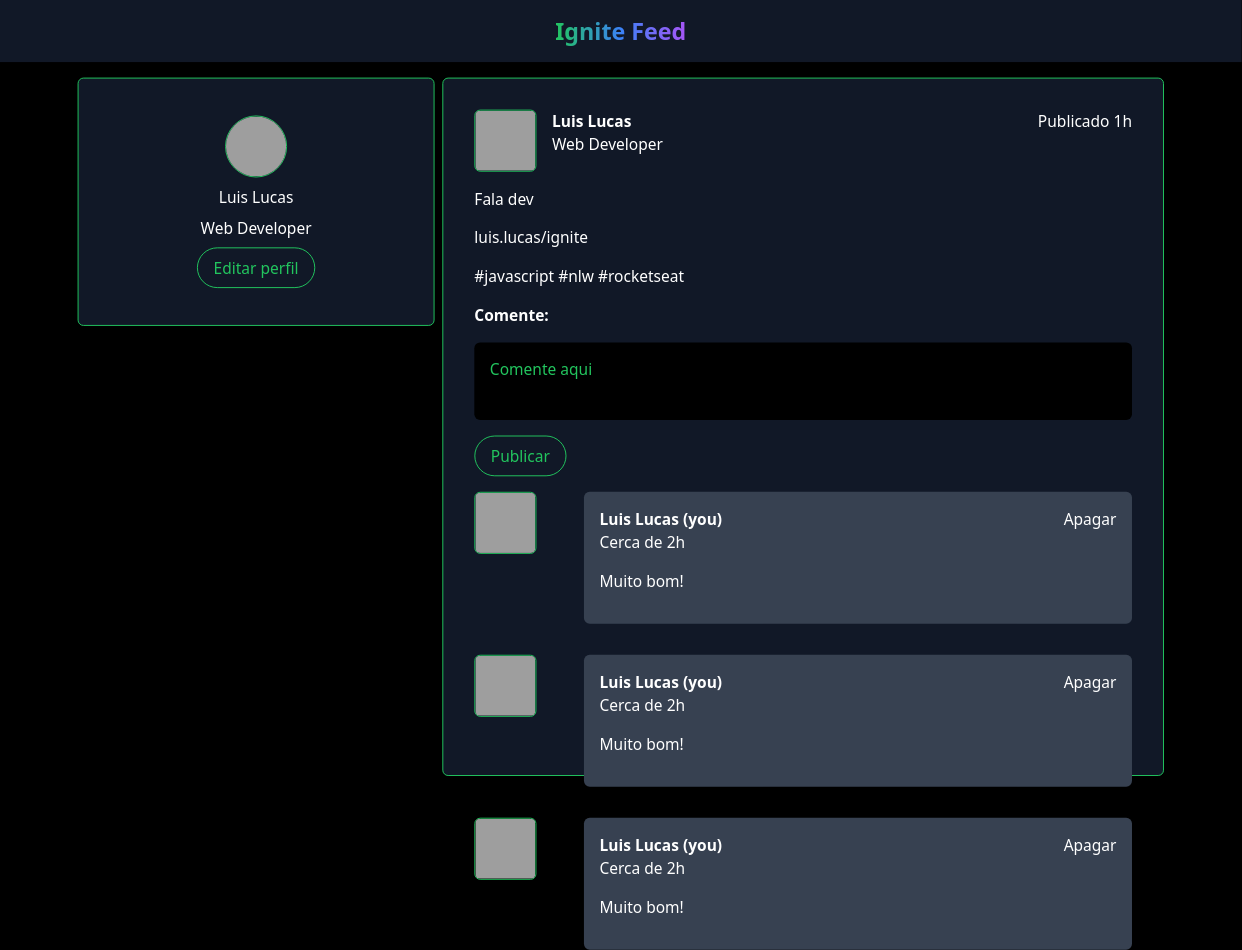
Repository: LuisSempre/ignite-feed
Page: /
These files come from the project's save history. The page is drawn as it stood at one moment and after the next save; the edit follows.
The browser window is 1280 px wide. The pictures show the whole page, at 97% of full size.
Pictures or frames that could not be fetched are drawn as grey boxes. The project was rebuilt for these pictures with package versions that can differ from the ones it lists, and the page was loaded fresh each time. Also part of the build but not shown: vite.config.js.

Above is the page before, as saved 2022-07-14 21:47:37.

After the next save:
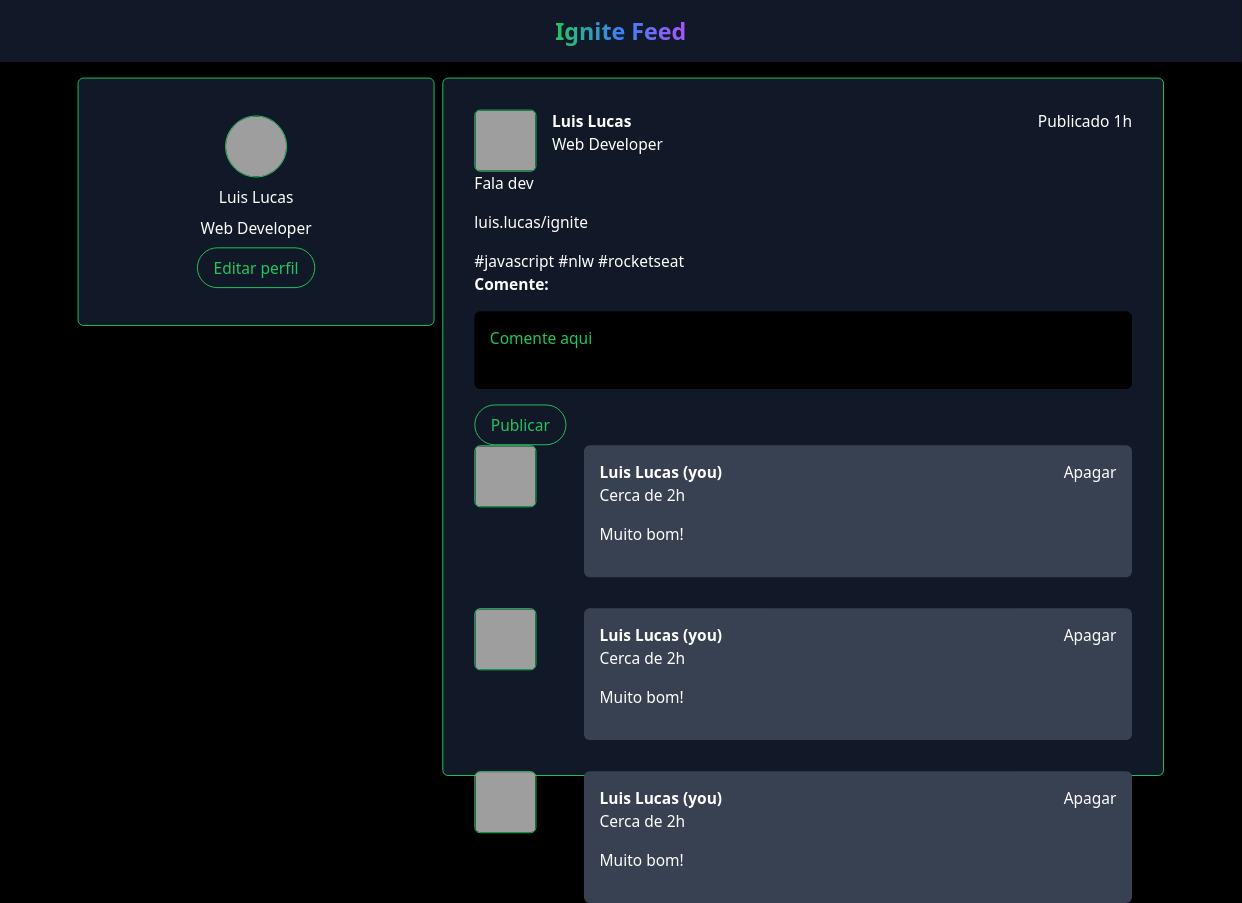
Saved 24 s later.
--- a/src/Components/Post.jsx
+++ b/src/Components/Post.jsx
@@ -2,7 +2,7 @@ import { Comment } from "./Comment";
 
 export function Post() {
   return (
-    <div className="h-screen p-8 space-y-4 bg-gray-900 border border-green-500 rounded-md ">
+    <div className="h-screen p-8 bg-gray-900 border border-green-500 rounded-md ">
       <div className="flex justify-between ">
         <div className="flex gap-4">
           <img
